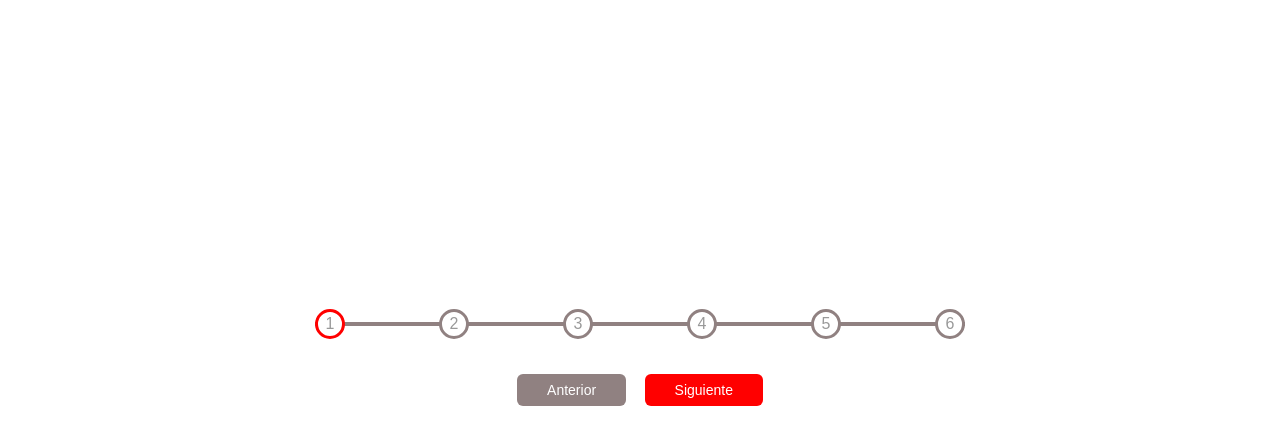
Repository: ElideZavala/Linea-de-tiempo
Page: index.html
An editor plug-in stored every save of this project. The page is shown before and after the next save, followed by the edit.
The browser window is 1280 px wide. The pictures show the whole page.
Some web fonts or font styles are not loaded; a fallback is used.

Above is the page before, as saved 2021-05-28 08:56:12.

After the next save:
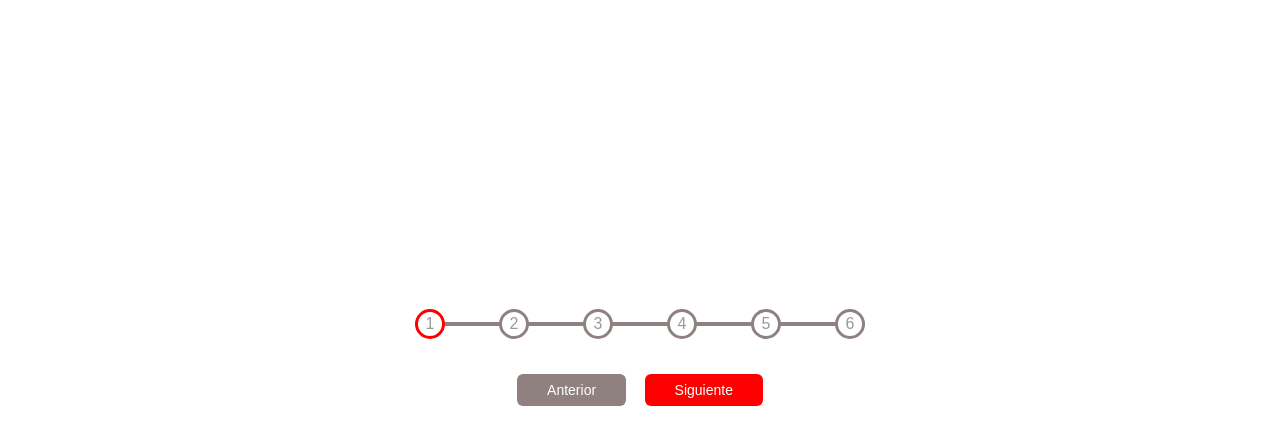
Saved 4 s later.
--- a/style.css
+++ b/style.css
@@ -32,7 +32,7 @@ body {
 	position: relative;
 	margin-bottom: 30px;
 	max-width: 100%;
-	width: 650px;
+	width: 450px;
 }
 
 .progress-container::before {
